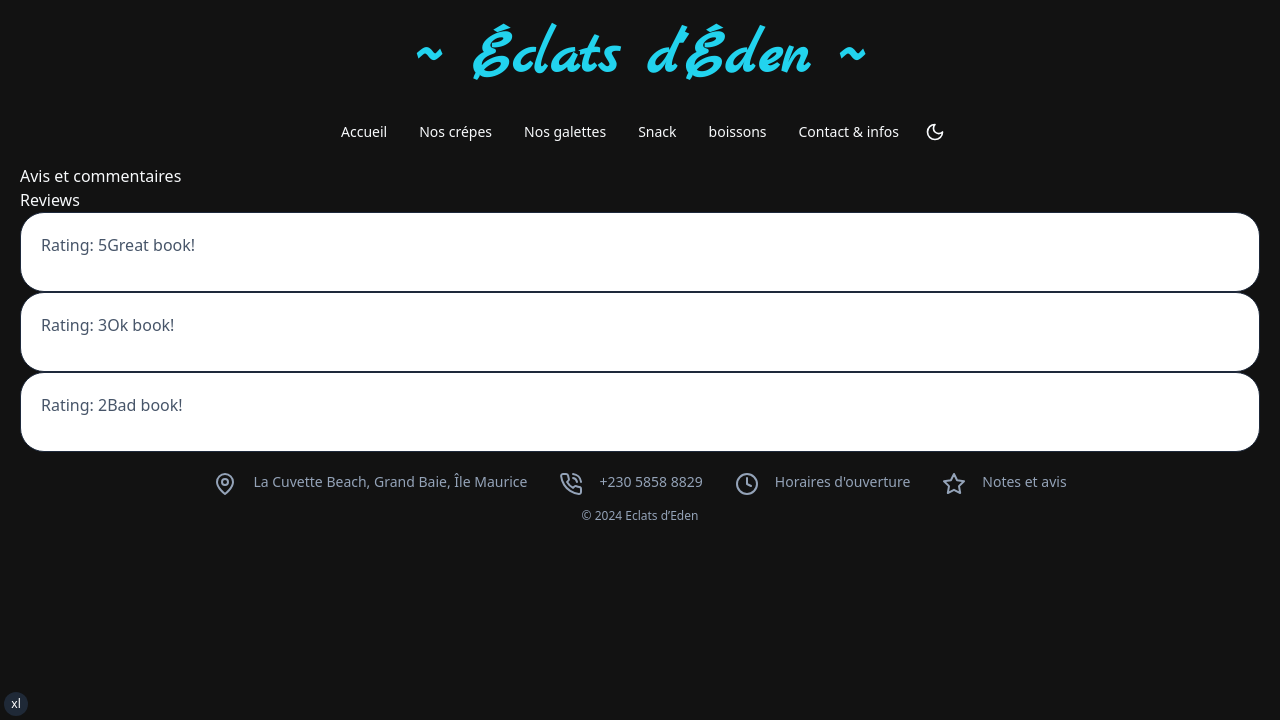
Repository: jeffMauritius/eclats-deden
Page: /reviews
These files come from the project's save history. The page is drawn as it stood at one moment and after the next save; the edit follows.
The browser window is 1280 px wide. The pictures show the whole page.
The project was rebuilt for these pictures with package versions that can differ from the ones it lists, and the page was loaded fresh each time. The framework's server and built-in components were replaced by stand-ins that run in the browser. Also part of the build but not shown: next.config.mjs.

Above is the page before, as saved 2024-08-13 12:37:24.

After the next save:
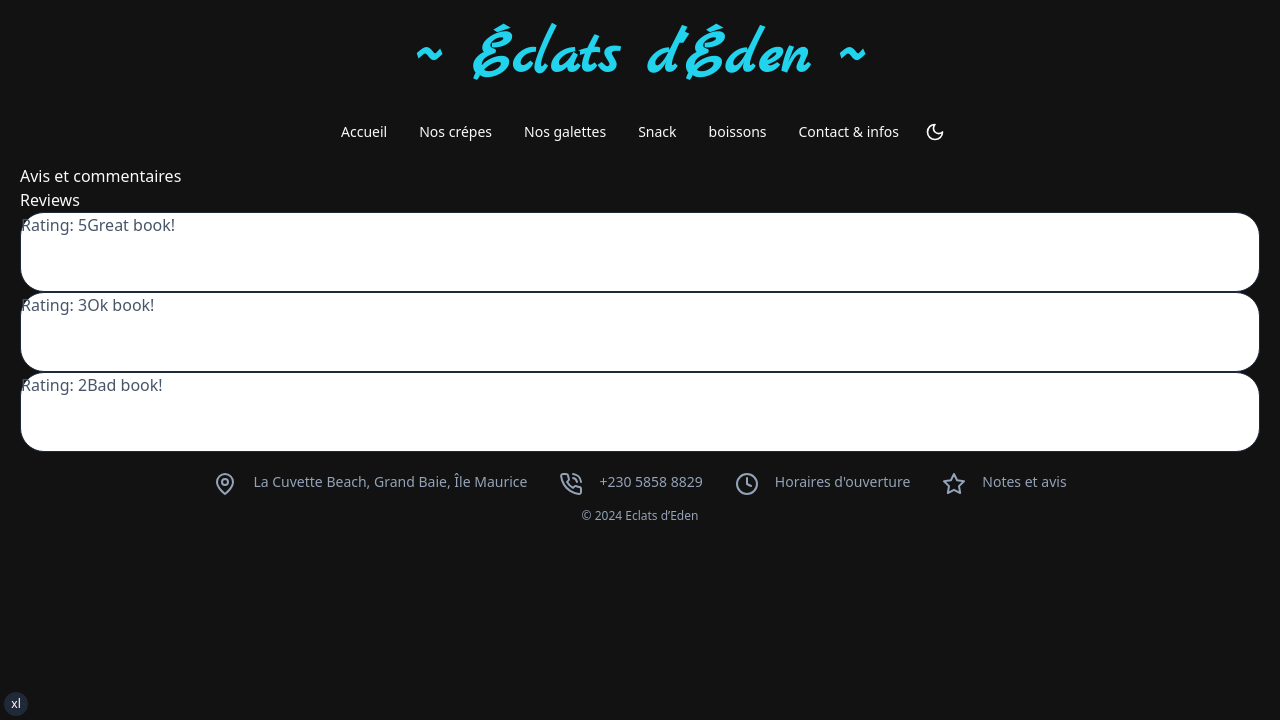
Saved 18 s later.
--- a/src/components/ReviewItem.tsx
+++ b/src/components/ReviewItem.tsx
@@ -4,7 +4,7 @@ type Review = {
 }
 const ReviewItem = ({ review }: { review: Review }) => {
   return (
-    <div className="flex min-h-20 rounded-3xl border bg-white p-5 text-slate-600">
+    <div className="flex min-h-20 rounded-3xl border bg-white text-slate-600">
       <h3>Rating: {review.rating}</h3>
       <p>{review.content}</p>
     </div>
